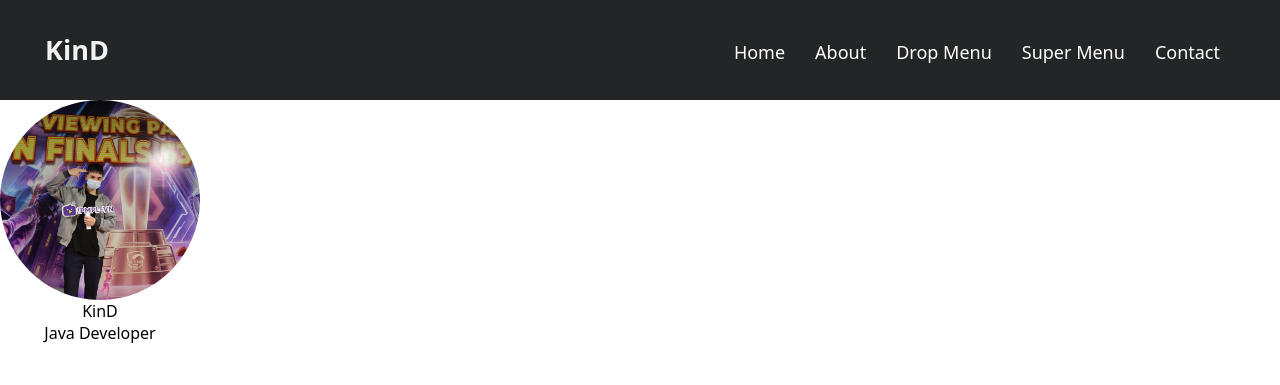
Repository: KinD2704/Web-University
Page: buổi 5/profile.html
The author's editor kept a copy of each file at every save. The page is drawn from the files as they stood at one save, then again after the next save.
The browser window is 1280 px wide. The pictures show the whole page.

Above is the page before, as saved 2023-12-30 00:00:56.

After the next save:
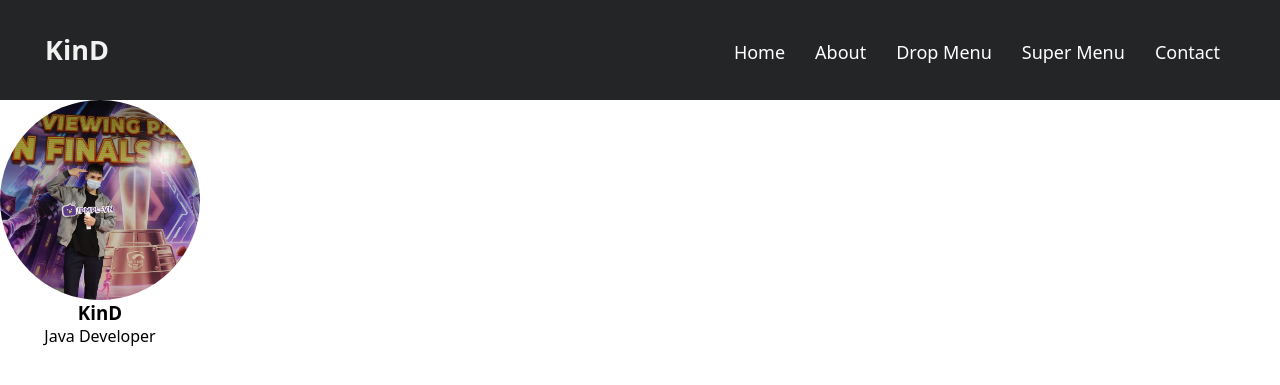
Saved 19 s later.
--- a/buổi 5/profile.html
+++ b/buổi 5/profile.html
@@ -42,7 +42,7 @@
                 <div class="logo">
                     <img src="in4.jpg" alt="" />
                 </div>
-                <p class="infoMe">KinD</p>
+                <h3 class="infoMe">KinD</h3>
                 <p class="infoMe">Java Developer</p>
             </div>
             <div class="favourite"></div>
